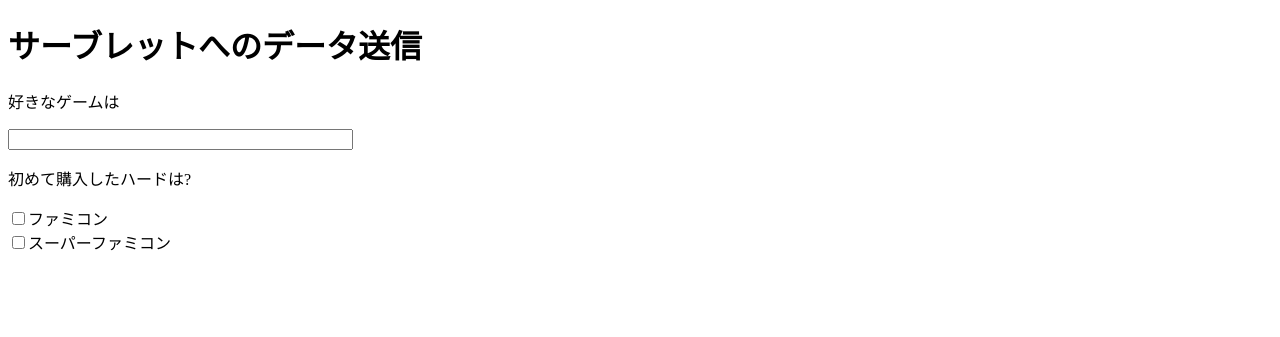
Repository: teamoo24/Java_Servlet_Project
Page: RequestRecvPJ/WebContent/FormSample.html
These files come from the project's save history. The page is drawn as it stood at one moment and after the next save; the edit follows.
The browser window is 1280 px wide. The pictures show the whole page.

Above is the page before, as saved 2019-05-15 13:41:59.

### RequestRecvPJ/WebContent/FormSample.html
<!DOCTYPE html>
<html>
<head>
<meta charset="UTF-8">
<title>サーブレットへのデータ送信</title>
</head>
<body>
<h1>サーブレットへのデータ送信</h1>
<form action="RequestRecv" method="GET">
<p>好きなゲームは</p>
<input type="TEXT" name="GAME" size=40>
<p>初めて購入したハードは?</p>
<input type="checkbox" name="Hard" value="ファミコン">ファミコン<br/>
<input type="checkbox" name="Hard" value="スーパーファミコン">スーパーファミコン<br/>
</form>
</body>
</html>

After the next save:
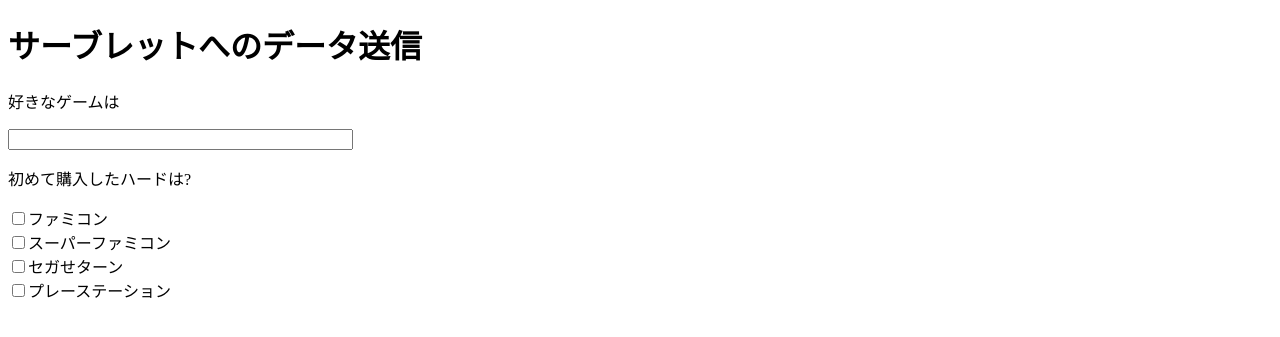
Saved 32 s later.
--- a/RequestRecvPJ/WebContent/FormSample.html
+++ b/RequestRecvPJ/WebContent/FormSample.html
@@ -12,6 +12,8 @@
 <p>初めて購入したハードは?</p>
 <input type="checkbox" name="Hard" value="ファミコン">ファミコン<br/>
 <input type="checkbox" name="Hard" value="スーパーファミコン">スーパーファミコン<br/>
+<input type="checkbox" name="Hard" value="セガせターン">セガせターン<br/>
+<input type="checkbox" name="Hard" value="プレーステーション">プレーステーション<br/>
 </form>
 </body>
 </html>
